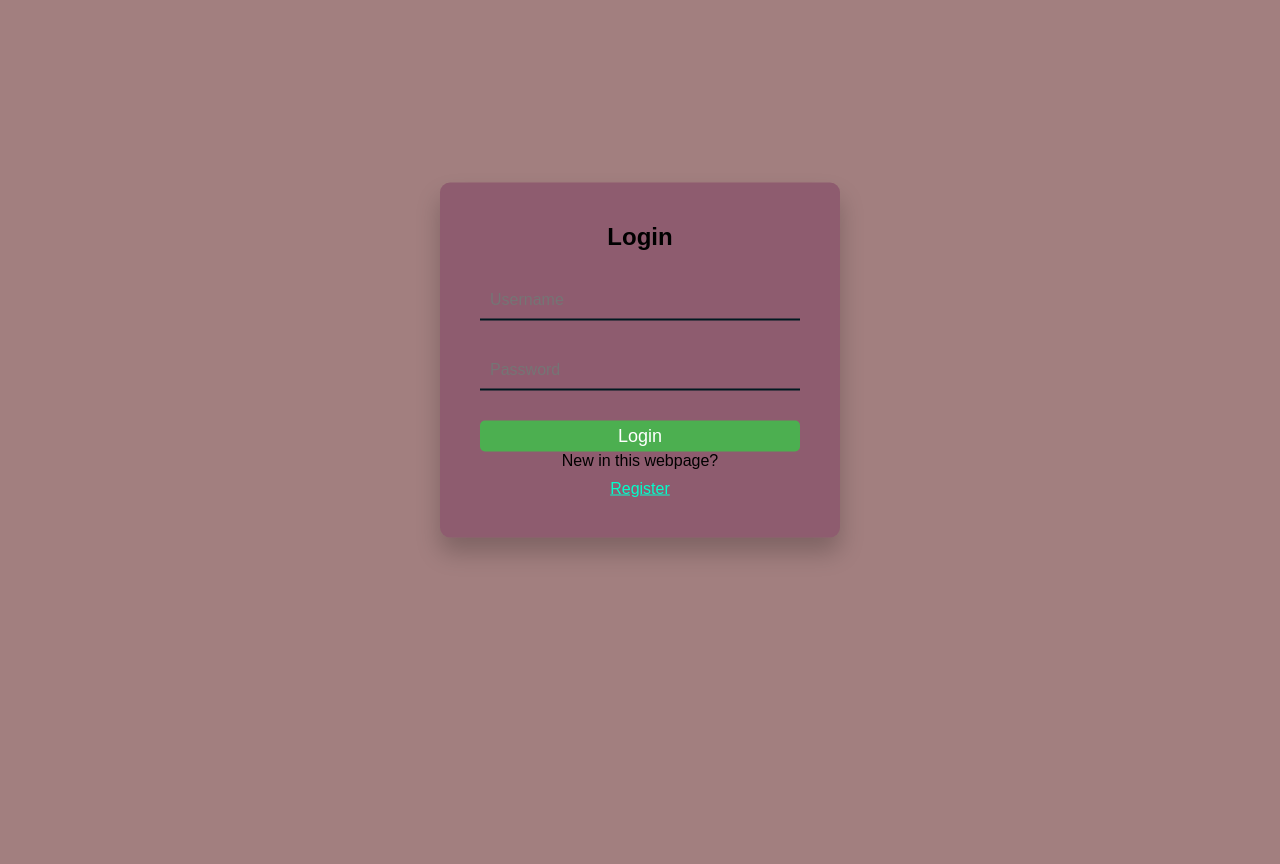
Repository: SRBshakib/Safe-Food---DBMS-project
Page: Organaization/login.html
These files come from the project's save history. The page is drawn as it stood at one moment and after the next save; the edit follows.
The browser window is 1280 px wide. The pictures show the whole page.

Above is the page before, as saved 2024-11-10 22:06:44.

### Organaization/login.html
<!DOCTYPE html>
<html lang="en">
<head>
    <meta charset="UTF-8">
    <meta name="viewport" content="width=device-width, initial-scale=1.0">
    <title>Welcome to our organization</title>
    <link rel="stylesheet" href="style_login.css"> <!-- Link to the CSS file -->
</head>
<body>
    <div class="login-box">
        <h2>Login</h2>
        <form>
            <div class="textbox">
                <input type="text" placeholder="Username" required>
            </div>
            <div class="textbox">
                <input type="password" placeholder="Password" required>
            </div>
            <button type="submit" class="btn">Login</button>
            <p>New in this webpage?</p>
            <p class="register">Register</p>
        </form>
    </div>
</body>
</html>

### Organaization/style_login.css

*{

    margin: 0;
    padding: 0;
    box-sizing: border-box;
    font-family: Arial, sans-serif;
}

body {
    display: flex;
    justify-content: center;
    align-items: center;
    height: 120vh;
    background-color: #46000080;
    color: rgb(0, 0, 0);
}

.login-box {
    position: absolute;
    top: 50%;
    left: 50%;
    width: 400px;
    padding: 40px;
    transform: translate(-50%, -50%);
    background: rgba(94, 7, 72, 0.281);
    box-shadow: 0 15px 25px rgba(0, 0, 0, 0.219);
    border-radius: 10px;
    text-align: center;
}

.login-box h2 {
    margin-bottom: 30px;
}

.textbox {
    position: relative;
    margin-bottom: 30px;
    border-bottom: 2px solid #001920;
}

.textbox input {
    width: 100%;
    padding: 10px;
    font-size: 16px;
    background: none;
    border: none;
    outline: none;
    color: #ffffff;
}

.btn {
    display: inline-block;
    width: 100%;
    padding: 5px;
    background: #4caf50;
    border: none;
    outline: none;
    color: #fff;
    font-size: 18px;
    cursor: pointer;
    border-radius: 5px;
    transition: background 0.3s, box-shadow 0.3s;
}

.btn:hover {
    background: #00eeff;
    box-shadow: 0 0 10px #00b7ff, 0 0 40px #008cff, 0 0 80px #00ffcc;
}

.register {
    color: #00ffcc;
    cursor: pointer;
    margin-top: 10px;
    text-decoration: underline;
}

After the next save:
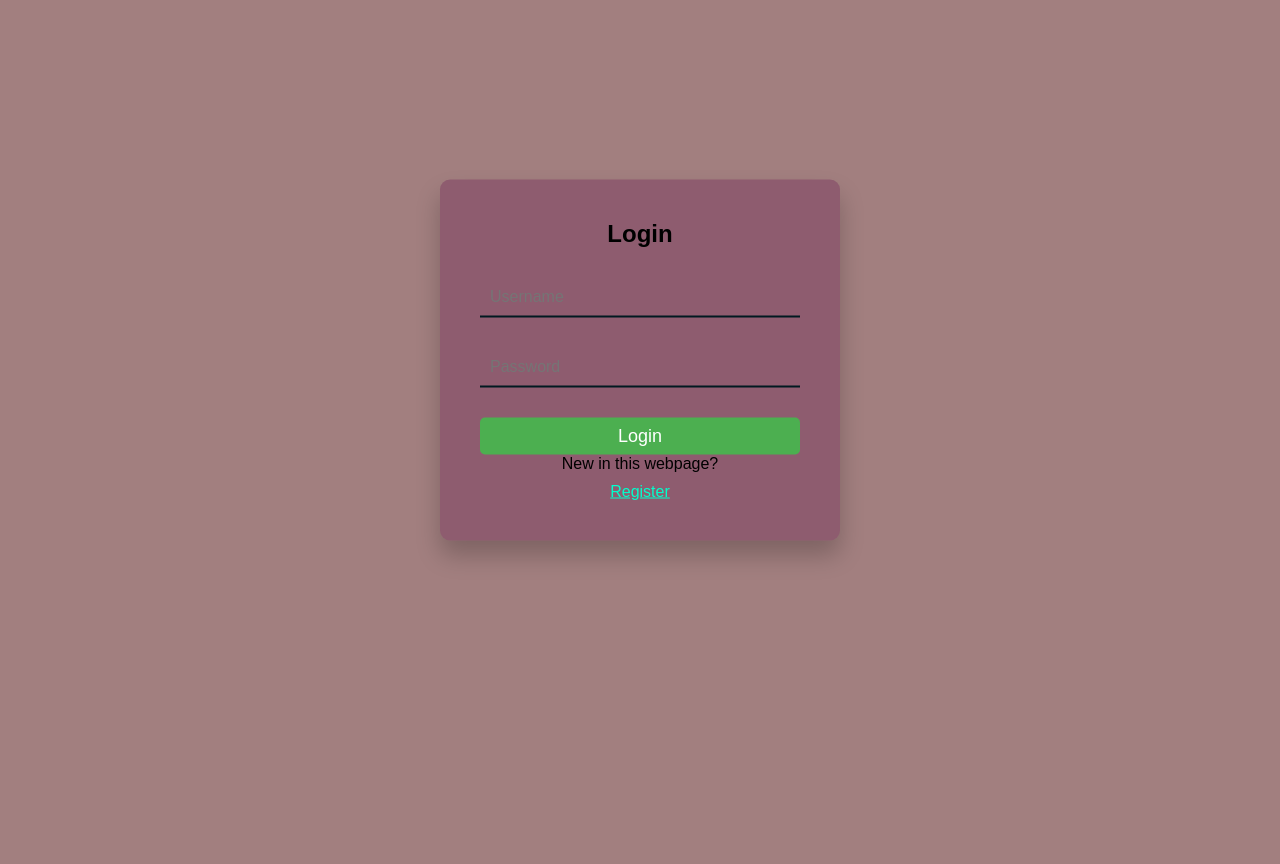
Saved 7 s later.
--- a/Organaization/style_login.css
+++ b/Organaization/style_login.css
@@ -52,7 +52,7 @@ body {
 .btn {
     display: inline-block;
     width: 100%;
-    padding: 5px;
+    padding: 8px;
     background: #4caf50;
     border: none;
     outline: none;
